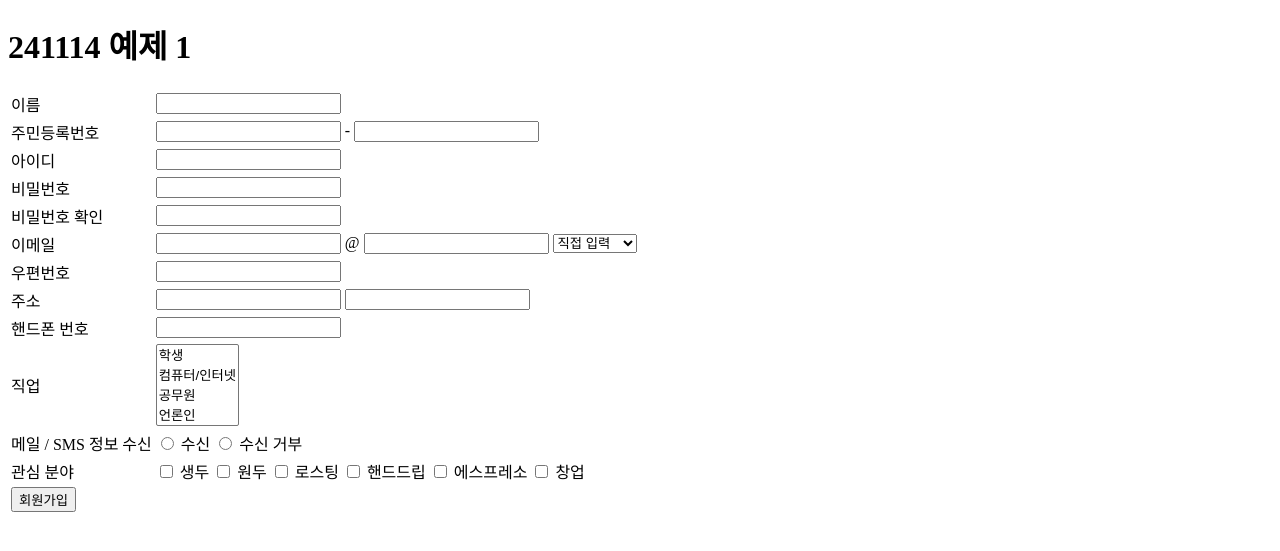
Repository: jsunnypi/JSP
Page: http://localhost/Test/inputForm.jsp
The author's editor kept a copy of each file at every save. The page is drawn from the files as they stood at one save, then again after the next save.
The browser window is 1280 px wide. The pictures show the whole page.
The page is served by Tomcat 9.

Above is the page before, as saved 2024-11-14 05:08:49.

### Test/src/main/webapp/inputForm.jsp
<%@ page language="java" contentType="text/html; charset=UTF-8"
    pageEncoding="UTF-8"%>
<!DOCTYPE html>
<html>
<head>
<meta charset="UTF-8">
<title>Insert title here</title>
</head>
<body>
	<h1>241114 예제 1</h1>
	<form method="post" action="inputlist.jsp">
		<table>
			<tr>
				<td> 이름 </td>
				<td>
					<input type="text" name="name" >
				</td>
			</tr>

			<tr>
				<td> 주민등록번호 </td>
				<td>
					<input type="text" name="bd">
				-
					<input type="password" name="bd" >
				</td>
			</tr>

			<tr>
				<td> 아이디 </td>
				<td>
					<input type="text" name="id" >
				</td>
			</tr>

			<tr>
				<td> 비밀번호 </td>
				<td>
					<input type="password" name="pw" >
				</td>
			</tr>

			<tr>
				<td> 비밀번호 확인 </td>
				<td>
					<input type="password" name="pwcheck" >
				</td>
			</tr>

			<tr>
				<td> 이메일 </td>
				<td>
					<input type="text" name="email" >
				 @
					<input type="text" name="com" >

					<select id="email" name="com" size="1">
						<option value="직접">직접 입력</option>
						<option value="네이버">naver.com</option>
						<option value="다음">daum.net</option>
						<option value="구글">gmail.com</option>
						<option value="네이트">nate.com</option>
					</select>
				</td>
			</tr>

			<tr>
				<td> 우편번호 </td>
				<td>
					<input type="text" name="postnumber" >
				</td>
			</tr>

			<tr>
				<td> 주소 </td>
				<td>
					<input type="text" name="addr" >

					<input type="text" name="addr2" >
				</td>
			</tr>

			<tr>
				<td> 핸드폰 번호 </td>
				<td>
					<input type="text" name="phone" >
				</td>
			</tr>

			<tr>
				<td> 직업 </td>
				<td>
					<select size="4">
						<option value="학생">학생</option>
						<option value="컴퓨터/인터넷">컴퓨터/인터넷</option>
						<option value="공무원">공무원</option>
						<option value="언론인">언론인</option>

					</select>
				</td>
			</tr>

			<tr>
				<td> 메일 / SMS 정보 수신</td>
				<td>
					<input type="radio" name="agree" value="ok"> 수신
					<input type="radio" name="agree" value="no"> 수신 거부
				</td>
			</tr>

			<tr>
				<td> 관심 분야 </td>
				<td>
					<input type="checkbox" name="interest" value="1"> 생두
					<input type="checkbox" name="interest" value="2"> 원두
					<input type="checkbox" name="interest" value="3"> 로스팅
					<input type="checkbox" name="interest" value="4"> 핸드드립
					<input type="checkbox" name="interest" value="5"> 에스프레소
					<input type="checkbox" name="interest" value="6"> 창업
				</td>
			</tr>

			<tr>
			<td>
				<input type="submit" value="회원가입">
			</td>
			</tr>





















		</table>

	</form>

</body>
</html>

After the next save:
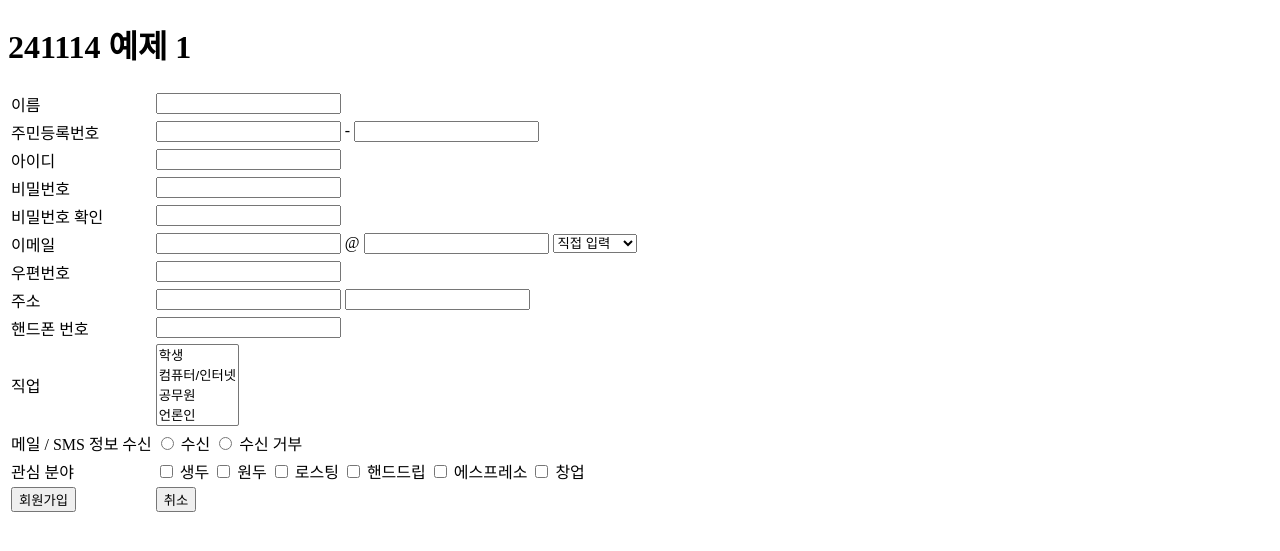
Saved 40 s later.
--- a/Test/src/main/webapp/inputForm.jsp
+++ b/Test/src/main/webapp/inputForm.jsp
@@ -124,6 +124,9 @@
 			<td>
 				<input type="submit" value="회원가입">
 			</td>
+			<td>
+				<input type="reset" value="취소">
+			</td>
 			</tr>
 
 
